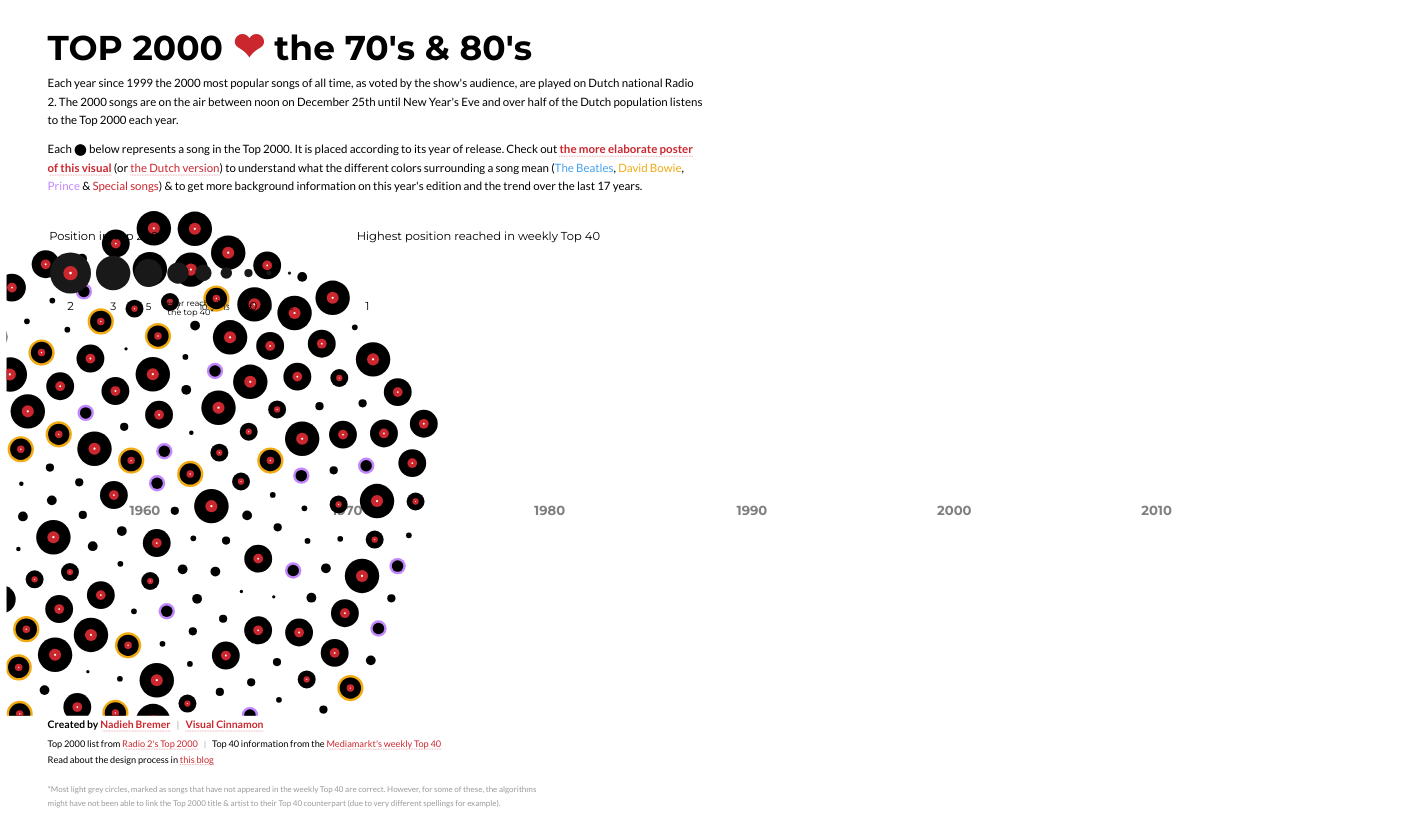
Repository: Limjohns/data_visualization
Page: index.html
These files come from the project's save history. The page is drawn as it stood at one moment and after a run of saves; the edit follows.
The browser window is 1280 px wide. The page is 1708 px wide, so the pictures cover 1708 px, including what lies to the right of the window. The pictures show the whole page, at 82% of full size.

Above is the page before, as saved 2023-05-16 10:40:06.

### index.html
<!DOCTYPE html>
	<head>
	    <meta http-equiv="Content-Type" content="text/html; charset=UTF-8">
	    <meta http-equiv="X-UA-Compatible" content="IE=edge">
	    <meta name="viewport" content="width=device-width, initial-scale=1">
	    <!-- <meta name="viewport" content="user-scalable = yes"> -->

        <title>The Top 2000 Loves the 70s & 80s</title>
        <meta name="author" content="Nadieh Bremer - Visual Cinnamon">
        <meta name="title" content="The Top 2000 Loves the 70s & 80s">
        <meta name="description" content="See which release years are most popular of the Top 2000 best songs ever">
        <meta name="keywords" content="data, visualization, visualisation, data visualization, data visualisation, information, information visualization, information visualisation, dataviz, datavis, infoviz, infovis, collaboration, data art">
        <meta name="theme-color" content="#cb272e">

        <!-- Favicon -->
		<link rel="icon" type="image/png" sizes="192x192" href="img/favicon-192x192.png" />
		<link rel="icon" type="image/png" sizes="96x96" href="img/favicon-96x96.png" />
		<link rel="icon" type="image/png" sizes="32x32" href="img/favicon-32x32.png" />
        <link rel="icon" type="image/png" sizes="16x16" href="img/favicon-16x16.png" />

        <!-- Social media -->
        <meta property="og:title" content="The Top 2000 Loves the 70s & 80s">
        <meta property="og:site_name" content="Visual Cinnamon">
        <meta property="og:url" content="https://top2000.visualcinnamon.com">
        <meta property="og:description" content="See which release years are most popular of the Top 2000 best songs ever">
        <meta property="og:type" content="article">
        <meta property="og:locale" content="en_US">
        <meta property="og:image" content="https://top2000.visualcinnamon.com/img/top2000_feature.png">
        <meta property="og:image:type" content="image/png">
        <meta property="og:image:width" content="1300">
        <meta property="og:image:height" content="1020">

        <meta name="twitter:card" content="summary_large_image">
        <meta name="twitter:site" content="@NadiehBremer">
        <meta name="twitter:creator" content="@NadiehBremer">
        <meta name="twitter:title" content="The Top 2000 Loves the 70s & 80s">
        <meta name="twitter:description" content="See which release years are most popular of the Top 2000 best songs ever">
        <meta name="twitter:image:src" content="https://top2000.visualcinnamon.com/img/top2000_feature.png">

		<!-- Styling -->
		<link href="css/style.css" rel="stylesheet">

		<!-- Google fonts -->
		<link href="https://fonts.googleapis.com/css?family=Lato:400,700|Montserrat:400,700" rel="stylesheet">

		<!-- JavaScript files -->
		<script src="plugins/d3.min.js"></script>

	</head>
	<body>
		<div id="intro" class="outer-margin">
			<h1 class="title">TOP 2000 <span class="heart">❤</span> the 70's & 80's</h1>
			<p>Each year since 1999 the 2000 most popular songs of all time, as voted by the show's audience, are played on Dutch national Radio 2. The 2000 songs are on the air between noon on December 25th until New Year's Eve and over half of the Dutch population listens to the Top 2000 each year.</p>
			<p class="desktop">Each ⬤ below represents a song in the Top 2000. It is placed according to its year of release. Check out <a style="font-weight: 700;" href="img/Top2000PosterEnglish.png" target="_new">the more elaborate poster of this visual</a> (or <a href="img/Top2000PosterDutch.png" target="_new">the Dutch version</a>) to understand what the different colors surrounding a song mean (<span style="color: #46a1ef;">The Beatles</span>, <span style="color: #f1aa11;">David Bowie</span>, <span style="color: #C287FF;">Prince</span> & <span style="color: #CB272E;">Special songs</span>) & to get more background information on this year's edition and the trend over the last 17 years.</p>
			<p class="mobile">Each ⬤ in the image below represents a song in the Top 2000. It is placed according to its year of release. Click on the image below to <a style="color: #CB272E; font-weight: 700;" href="img/Top2000PosterEnglish.png">go to a big version of the visual</a> and see the details (or go to <a href="img/Top2000PosterDutch.png" target="_new">the Dutch version</a>) to get more background information on this year's edition and the trend over the last 17 years.</p>
			<p class="mobile">Visit this page on your laptop to see a much bigger interactive version and discover the artist and song of each of the 2000 songs!</p>
		</div>

		<!-- Chart (or image for mobile) -->
		<div class="mobile" style="margin-bottom: 20px;">
			<a class="image-link" href="img/Top2000PosterEnglish.png"><img alt="The final infographic about the Top 2000" src="img/Top2000PosterEnglish.png" width="100%"></a>
		</div>
		<div id="chart"></div>

		<!-- Credits & Data -->
		<div id="credit" class="outer-margin">
			<p class="credit-bold" style="margin-bottom: 8px;">Created by <a href="https://twitter.com/NadiehBremer" target="_new">Nadieh Bremer</a> <span class="credit-divider">|</span> <a href="https://www.visualcinnamon.com/" target="_new">Visual Cinnamon</a></p>
			<p class="credit-note">Top 2000 list from <a href="http://www.nporadio2.nl/top2000" target="_new">Radio 2's Top 2000</a> <span class="credit-divider">|</span> Top 40 information from the <a href="https://www.top40.nl/" target="_new">Mediamarkt's weekly Top 40</a></p>
			<p class="credit-note">Read about the design process in <a href="https://www.datasketch.es/project/top-2000">this blog</a></p>

			<p class="credit-data-note desktop">*Most light grey circles, marked as songs that have not appeared in the weekly Top 40 are correct. However, for some of these, the algorithms might have not been able to link the Top 2000 title & artist to their Top 40 counterpart (due to very different spellings for example).</p>
		</div>

		</div>
        <script src="js/main.js"></script>
	</body>
</html>

### js/main.js
var isMobile = window.screen.width < 400 ? true : false;

if(isMobile) {
	d3.selectAll(".mobile").style("display", "inline-block");
	d3.selectAll(".desktop").style("display", "none");
	d3.selectAll(".outer-margin").style("margin-left", "10px").style("margin-right", "10px");
	d3.selectAll(".title").style("font-size", "2.7em");
	// d3.selectAll(".heart").style("font-size", "1.4em");
} else {

	///////////////////////////////////////////////////////////////////////////
	//////////////////////////// Set up the SVG ///////////////////////////////
	///////////////////////////////////////////////////////////////////////////
	var margin = {
	  top: 120,
	  right: 150,
	  bottom: 0,
	  left: -350
	};
	var widthOriginal = 2150 - 100 - 150;
	var width = 1700 - margin.left - margin.right;
	var height = 620 - margin.top - margin.bottom;

	//SVG container
	var svg = d3.select('#chart')
		.append("svg")
		.attr("width", width + margin.left + margin.right)
		.attr("height", height + margin.top + margin.bottom)
		.append("g").attr("class", "top-wrapper")
		.attr("transform", "translate(" + (margin.left) + "," + (margin.top) + ")");

	///////////////////////////////////////////////////////////////////////////
	////////////////////////// Create the scales //////////////////////////////
	///////////////////////////////////////////////////////////////////////////

	var yearScale = d3.scaleLinear()
		.domain([1939, 2016])
	    .range([0, widthOriginal]);

	var rScale = d3.scaleSqrt()
		// .domain([1,10,25,50,100,250,500,1000,2000])
		.domain([2, 3, 5, 7, 10, 13, 17, 21, 25])
		.range([25,21,17,13,10,7,5,3,2]);

	var colorScale = d3.scaleLinear()
		.domain([1,6,12,18,25,32,40])
		.range(["#000000","#262626","#474747","#636363","#7D7D7D","#949494","#ABABAB"]);

	///////////////////////////////////////////////////////////////////////////
	///////////////////////// Choose annotated songs //////////////////////////
	///////////////////////////////////////////////////////////////////////////

	var interestingSongs = [
		1989, //Oldest song - Billy Holiday
		363, //Highest song from 2016 - Can't Stop The Feeling | Justin Timberlake
		270, //Highest new song - Starman | David Bowie
		144, //Highest riser - When We Were Young | Adele
		232, //Pokemon song
	];

	//David Bowie songs
	var DB = [7,38,87,162,182,230,270,310,379,462,472,491,523,540,576,586,612,616,778,856,961,1144,1203,1632,1736,1875];

	//Prince songs
	var PR = [13,207,254,354,404,585,640,702,721,937,1268,1365,1378,1409,1658,1761,1771];

	var strokeWidthColored = 3,	//The Beatles, Prince and David Bowie
		strokeWidthRed = 4;		//Interesting Songs

	///////////////////////////////////////////////////////////////////////////
	//////////////////////////// Read in the data /////////////////////////////
	///////////////////////////////////////////////////////////////////////////

	d3.csv('data/data_2016.csv', function (error, data) {

		///////////////////////////////////////////////////////////////////////////
		///////////////////////////// Final data prep /////////////////////////////
		///////////////////////////////////////////////////////////////////////////

		if (error) throw error;

		data.forEach(function(d) {
			d.rank = +d.rank;
			d.releaseYear = +d.releaseYear;
			d.listHighestRank = +d.listHighestRank;
			d.x = +d.x;
			d.y = +d.y;
		});

		//Add a few more "circles" to the data that will make room for the decade numbers
		var decades = [2013, 2014, 2015, 2016, 2017, 2018, 2019, 2020, 2021, 2022];
		for(var i=0; i<decades.length; i++) {
			data.push({
				rank: 0,
				releaseYear: decades[i],
				type: "decade",
				x: yearScale(decades[i]),
				y: height/2
			});
		}//for i

		///////////////////////////////////////////////////////////////////////////
		///////////////////////////// Create the axis /////////////////////////////
		///////////////////////////////////////////////////////////////////////////

		svg.append("g")
	      .attr("class", "axis axis--x")
	      .attr("transform", "translate(0," + (height/2) + ")")
	      .call(d3.axisBottom(yearScale).ticks(10, ".0f"));

		svg.selectAll(".axis text")
		  .attr("dy", "-0.25em");

		///////////////////////////////////////////////////////////////////////////
		//////////////////////////// Draw the circles /////////////////////////////
		///////////////////////////////////////////////////////////////////////////

		//Wrapper for all songs
	  	var songWrapper = svg.append("g")
	      .attr("class", "song-wrapper");

		//Create a group per song
		var song = songWrapper.selectAll(".song-group")
		  	.data(data)
		  	.enter().append("g")
		  	.attr("class", "song-group")
		  	.attr("transform", function(d) { return "translate(" + d.x + "," + d.y + ")"; })
		  	.on("mouseover", function(d) {
		  		//console.log(d.artist, d.title, d.releaseYear, d.rank, d.listHighestRank);

		  		//Move the tooltip to the right location
		  		tooltipSong.text(d.title);
		      	tooltipArtist.text(d.artist + " | " + d.releaseYear);
		      	tooltipRank.text("Position in Top 2000: " + d.rank);
		      	if(d.listHighestRank > 0 && d.listType !== "tip") {
		      		tooltipTop40.text("Highest position in weekly Top 40: " + d.listHighestRank);
		      	} else {
		      		tooltipTop40.text("Never appeared in the Top 40");
		      	}//else
		      	//Find the largest title
		      	var maxSize = Math.max(document.getElementById("tooltipSong").getComputedTextLength(),
		      		document.getElementById("tooltipArtist").getComputedTextLength(),
		      		document.getElementById("tooltipRank").getComputedTextLength(),
		      		document.getElementById("tooltipTop40").getComputedTextLength());
		      	tooltipBackground
		      		.transition().duration(100)
		      		.attr("x", -0.5 * maxSize*1.2)
		      		.attr("width", maxSize*1.2)
		      	tooltipWrapper
		      		.transition().duration(200)
		        	.attr("transform", "translate(" + d.x + "," + (d.y + 40) + ")")
		        	.style("opacity", 1);
		  	})
		  	.on("mouseout", function(d) {
		  		//Hide the tooltip
				tooltipWrapper
					.transition().duration(200)
					.style("opacity", 0);
		  	});

		//The colored background for some songs (since I can't do an outside stroke)
		song
			.filter(function(d) { return d.artist === "The Beatles" || DB.indexOf(d.rank) > -1 || PR.indexOf(d.rank) > -1 || interestingSongs.indexOf(d.rank) > -1; })
			.append("circle")
			.attr("class", "song-background")
	      	.attr("r", function(d) {
	      		if(d.artist === "The Beatles" || DB.indexOf(d.rank) > -1 || PR.indexOf(d.rank) > -1) {
					return rScale(d.rank) + strokeWidthColored;
				} else if(interestingSongs.indexOf(d.rank) > -1) {
					return rScale(d.rank) + strokeWidthRed;
				} else {
					return -1; //check for error
				}//else
	      	})
		  	.style("fill", function(d) {
			  	if(d.artist === "The Beatles") {
				  	return "#46a1ef";
			  	} else if (interestingSongs.indexOf(d.rank) > -1) {
				  	return "#CB272E";
			  	} else if (DB.indexOf(d.rank) > -1) {
				  	return "#f1aa11";
			  	} else if (PR.indexOf(d.rank) > -1) {
				  	return "#C287FF";
			  	} else {
				  	return "none";
			  	}//else
		  	});

		//The grey scaled circle of the song
		song.append("circle")
			.attr("class", "song")
	      	.attr("r", function(d) { return rScale(d.rank); })
		  	.style("fill", function(d) {
			  	if(d.type === "decade") {
				  	return "none";
			  	} else if (d.listHighestRank === 0 || d.listType === "tip") {
				  	return "#e0e0e0";
			  	} else {
					return colorScale(d.listHighestRank);
				}//else
		  	});

		//Colored piece of the "vinyl" part of the top 10
		song
		  .filter(function(d) { return d.rank > 0 && d.rank <= 10; })
		  .append("circle")
	      .attr("r", function(d) { return rScale(d.rank)*0.35; })
		  .style("fill", "#CB272E");
		//White center of the "vinyl" part of the top 10
		song
		  .filter(function(d) { return d.rank > 0 && d.rank <= 10; })
		  .append("circle")
	      .attr("r", function(d) { return rScale(d.rank)*0.065; })
		  .style("fill", "white");

		///////////////////////////////////////////////////////////////////////////
		////////////////////////////// Add Tooltip ////////////////////////////////
		///////////////////////////////////////////////////////////////////////////

		var tooltipWrapper = svg.append("g")
		  .attr("class", "tooltip-wrapper")
		  .attr("transform", "translate(" + 0 + "," + 0 + ")")
		  .style("opacity", 0);

		var tooltipBackground = tooltipWrapper.append("rect")
			.attr("class", "tooltip-background")
			.attr("x", 0)
			.attr("y", -28)
			.attr("width", 0)
			.attr("height", 100);

		var tooltipArtist = tooltipWrapper.append("text")
		  .attr("class", "tooltip-artist")
		  .attr("id", "tooltipArtist")
		  .attr("y", -4)
		  .text("");

		var tooltipSong = tooltipWrapper.append("text")
		  .attr("class", "tooltip-song")
		  .attr("id", "tooltipSong")
		  .attr("y", 17)
		  .text("");

		var tooltipRank = tooltipWrapper.append("text")
		  .attr("class", "tooltip-rank")
		  .attr("id", "tooltipRank")
		  .attr("y", 42)
		  .text("");
		var tooltipTop40 = tooltipWrapper.append("text")
		  .attr("class", "tooltip-rank")
		  .attr("id", "tooltipTop40")
		  .attr("y", 55)
		  .text("");

		///////////////////////////////////////////////////////////////////////////
		//////////////////////////// Add size legend //////////////////////////////
		///////////////////////////////////////////////////////////////////////////

		var sizeLegend = svg.append("g")
			.attr("class", "size-legend")
			.attr("transform", "translate(" + 415 + "," + -40 + ")");

		sizeLegend.append("text")
			.attr("class", "legend-title")
			.attr("x", -13)
			.attr("y", -40)
			.text("Position in Top 2000");

		var sizeDistance = [13,65,108,144,175,203,230,255,280];
		sizeLegend.selectAll(".song-size")
			.data(rScale.range())
			.enter().append("circle")
			.attr("class", "song-size")
			.attr("cx", function(d,i) { return sizeDistance[i]; })
			.attr("r", function(d) { return d; });

		//Add small red and white circle to the first
		sizeLegend.append("circle")
			.attr("cx", sizeDistance[0])
			.attr("r", rScale.range()[0] * 0.35)
			.style("fill", "#CB272E");
		sizeLegend.append("circle")
			.attr("cx", sizeDistance[0])
			.attr("r", rScale.range()[0] * 0.065)
			.style("fill", "white");

		//Add numbers below
		var sizeFont = [14,13,12,11,10,9,9,8,8];
		sizeLegend.selectAll(".song-legend-value")
			.data(rScale.domain())
			.enter().append("text")
			.attr("class", "song-legend-value")
			.attr("x", function(d,i) { return sizeDistance[i]; })
			.attr("y", 45)
			.style("font-size", function(d,i) { return sizeFont[i]; })
			.text(function(d) { return d; })


		///////////////////////////////////////////////////////////////////////////
		///////////////////////////// Add color legend ////////////////////////////
		///////////////////////////////////////////////////////////////////////////

		var colorLegend = svg.append("g")
			.attr("class", "color-legend")
			.attr("transform", "translate(" + 790 + "," + -40 + ")");

		colorLegend.append("text")
			.attr("class", "legend-title")
			.attr("x", -13)
			.attr("y", -40)
			.text("Highest position reached in weekly Top 40");

		colorLegend.selectAll(".song-color")
			.data(colorScale.range())
			.enter().append("circle")
			.attr("class", "song-color")
			.attr("cx", function(d,i) { return 2 * i * rScale(100)*1.2; })
			.attr("r", rScale(100))
			.style("fill", function(d) { return d; });
		//Add extra circle for never reached top 40
		colorLegend.append("circle")
			.attr("class", "song-color")
			.attr("cx", function(d,i) { return 2 * 9 * rScale(100)*1.2; })
			.attr("r", rScale(100))
			.style("fill", "#e0e0e0");

		//Add text below
		colorLegend.append("text")
			.attr("class", "song-legend-value")
			.attr("x", 0)
			.attr("y", 45)
			.style("font-size", sizeFont[0])
			.text("1");
		colorLegend.append("text")
			.attr("class", "song-legend-value")
			.attr("x", 2 * 6 * rScale(100)*1.2)
			.attr("y", 45)
			.style("font-size", sizeFont[0])
			.text("40");
		colorLegend.append("text")
			.attr("class", "song-legend-value")
			.attr("x", 2 * 9 * rScale(100)*1.2)
			.attr("y", 40)
			.style("font-size", sizeFont[4])
			.text("never reached");
		colorLegend.append("text")
			.attr("class", "song-legend-value")
			.attr("x", 2 * 9 * rScale(100)*1.2)
			.attr("y", 51)
			.style("font-size", sizeFont[4])
			.text("the top 40*");

	});//d3.csv

}//else

Loaded but not shown: plugins/d3.min.js (library); css/style.css (143 lines, source omitted)

After the next 2 saves:
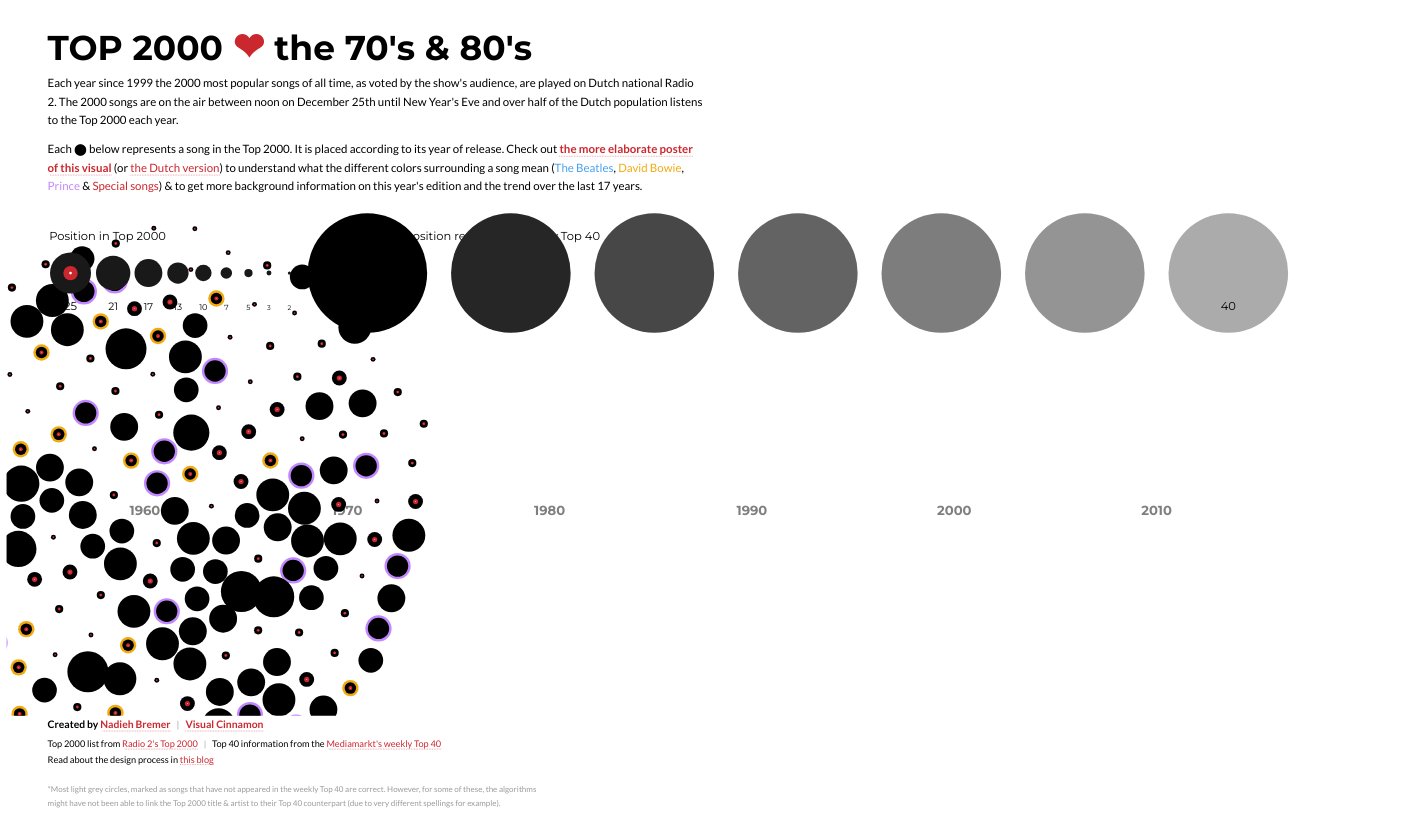
The 2 saves are shown as one change because they came seconds apart.
The last was saved 52 s later.
--- a/js/main.js
+++ b/js/main.js
@@ -39,7 +39,8 @@
 
 	var rScale = d3.scaleSqrt()
 		// .domain([1,10,25,50,100,250,500,1000,2000])
-		.domain([2, 3, 5, 7, 10, 13, 17, 21, 25])
+		// .domain([2, 3, 5, 7, 10, 13, 17, 21, 25])
+		.domain([25,21,17,13,10,7,5,3,2])
 		.range([25,21,17,13,10,7,5,3,2]);
 
 	var colorScale = d3.scaleLinear()

After the save that followed:
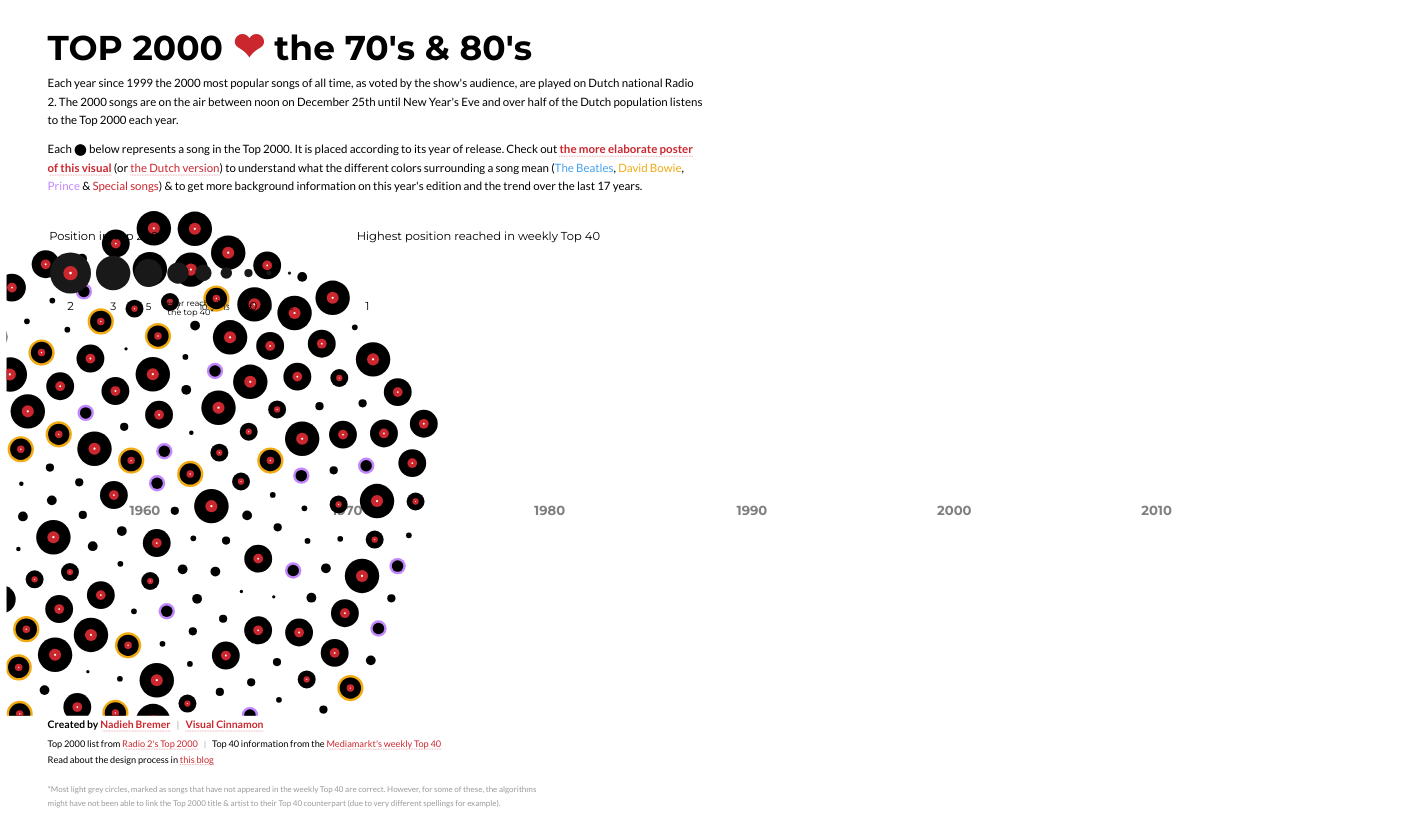
Saved 17 s later.
--- a/js/main.js
+++ b/js/main.js
@@ -39,8 +39,8 @@
 
 	var rScale = d3.scaleSqrt()
 		// .domain([1,10,25,50,100,250,500,1000,2000])
-		// .domain([2, 3, 5, 7, 10, 13, 17, 21, 25])
-		.domain([25,21,17,13,10,7,5,3,2])
+		.domain([2, 3, 5, 7, 10, 13, 17, 21, 25])
+		// .domain([25,21,17,13,10,7,5,3,2])
 		.range([25,21,17,13,10,7,5,3,2]);
 
 	var colorScale = d3.scaleLinear()
